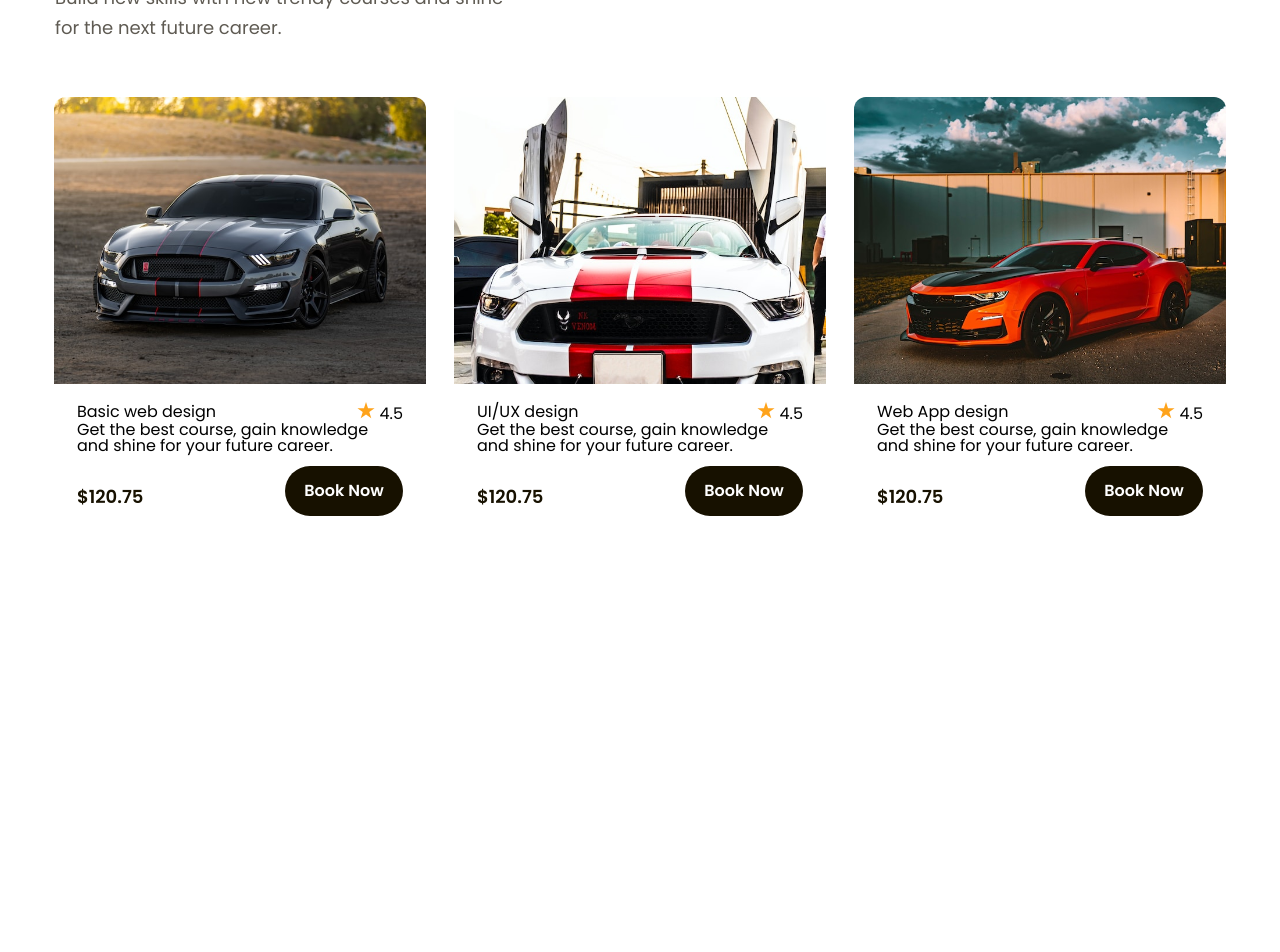
Repository: dongnguyen2112/htmlcss-project-02
Page: index.html
The author's editor kept a copy of each file at every save. The page is drawn from the files as they stood at one save, then again after the next save.
The browser window is 1280 px wide. The pictures show the part of the page from y = 1181 to 2133 px (the page is 5000 px tall).
A picture or video elsewhere on the page could not be fetched, so the positions and the page height are approximate.

Above is the page before, as saved 2023-07-06 13:30:55.

### index.html
<!DOCTYPE html>
<html lang="en">
    <head>
        <meta charset="UTF-8" />
        <meta name="viewport" content="width=device-width, initial-scale=1.0" />
        <title>F8 project 01</title>
        <!-- Reset CSS -->
        <link rel="stylesheet" href="./assets/css/reset.css" />
        <!-- Font -->
        <link rel="preconnect" href="https://fonts.googleapis.com" />
        <link rel="preconnect" href="https://fonts.gstatic.com" crossorigin />
        <link
            href="https://fonts.googleapis.com/css2?family=Poppins:ital,wght@0,400;0,500;0,600;0,700;1,400&family=Sen:wght@700&display=swap"
            rel="stylesheet"
        />
        <!-- Style CSS -->
        <link rel="stylesheet" href="./assets/css/styles.css" />
    </head>
    <body>
        <main style="height: 5000px">
            <!-- Header -->
            <header class="header fixed">
                <div class="main-content">
                    <div class="body">
                        <!-- Logo -->
                        <img src="./assets/img/Logo..png" alt="" class="logo">
                        <!-- Nav -->
                        <nav class="nav">
                            <ul>
                                <li class="active">
                                    <a href="#!">Home</a>
                                </li>
                                <li>
                                    <a href="#!">Courses</a>
                                </li>
                                <li>
                                    <a href="#!">Pricing</a>
                                </li>
                                <li>
                                    <a href="#!">Reviews</a>
                                </li>
                            </ul>
                        </nav>
                        <!-- Action -->
                        <div class="action">
                            <a href="#!" class="btn sign-up-btn">Sign Up </a>
                        </div>
                    </div>
            </header>
            <!-- Hero -->
            <div class="hero">
                <div class="main-content">
                    <div class="body">
                        <!-- Hero-left -->
                        <div class="media-block">
                            <img src="./assets/img/hero-img.jpg" alt="Learn without limits and spread knowledge." class="img">
                            <div class="hero-summary">
                                <div class="item">
                                    <div class="icon">
                                        <img src="./assets/icon/list.svg" alt="">
                                    </div>
                                    <div class="info">
                                        <div class="lable">20 Courses</div>
                                        <div class="title">UI/UX Design</div>
                                    </div>
                                </div>
                                <div class="item">
                                    <div class="icon">
                                        <img src="./assets/icon/code.svg" alt="">
                                    </div>
                                    <div class="info">
                                        <div class="lable">20 Courses</div>
                                        <div class="title">Development</div>
                                    </div>
                                </div>
                                <div class="item">
                                    <div class="icon">
                                        <img src="./assets/icon/speaker.svg" alt="">
                                    </div>
                                    <div class="info">
                                        <div class="lable">30 Courses</div>
                                        <div class="title">Marketing</div>
                                    </div>
                                </div>
                            </div>
                        </div>
                        <!-- Hero-right -->
                        <div class="content-block">
                            <h1 class="heading lv1">Learn without limits and spread knowledge.</h1>
                            <p class="desc">Build new skills for that “this is my year” feeling with courses, certificates, and degrees from world-class universities and companies.</p>
                            <div class="cta-group">
                                <a href="#!" class="btn hero-cta">See Courses</a>
                                <button class="watch-video">
                                    <div class="icon">
                                        <img src="./assets/icon/play.svg" alt="">
                                    </div>
                                    <span>Watch Video</span>
                                </button>
                            </div>
                            <p class="desc">Recent engagement</p>
                            <p class="desc stats">
                               <strong>50K</strong> Students
                                <strong>70+</strong> Courses
                            </p>
                        </div>
                    </div>
                </div>
            </div>
            <!-- Popular -->
            <div class="popular">
                <div class="main-content">
                    <div class="popular-top">
                        <div class="info">
                            <h2 class="heading lv2">Our popular courses</h2>
                            <p class="desc">Build new skills with new trendy courses and shine for the next future career.</p>
                        </div>
                        <div class="control">
                            <button class="control-btn">
                                <img src="./assets/icon/control.svg" alt="">
                            </button>
                        </div>
                    </div>
                    <!-- Course-item 1 -->
                    <div class="course-list">
                        <div class="course-item">
                            <img src="./assets/img/course-1.jpg" alt="Basic web design" class="thumb">
                            <div class="info">
                                <div class="head">
                                    <h3 class="title">Basic web design</h3>
                                    <div class="rating">
                                        <img src="./assets/icon/Star.svg" alt="" class="star">
                                        <span class="value">4.5</span>
                                    </div>
                                </div>
                                <p class="desc">Get the best course, gain knowledge and shine for your future career.</p>
                                <div class="foot">
                                    <span class="price">$120.75</span>
                                    <div class="btn">Book Now</div>
                                </div>
                            </div>
                        </div>

                    <!-- Course-item 2 -->
                        <div class="course-item">
                            <img src="./assets/img/course-2.jpg" alt="Basic web design" class="thumb">
                            <div class="info">
                                <div class="head">
                                    <h3 class="title">UI/UX design</h3>
                                    <div class="rating">
                                        <img src="./assets/icon/Star.svg" alt="" class="star">
                                        <span class="value">4.5</span>
                                    </div>
                                </div>
                                <p class="desc">Get the best course, gain knowledge and shine for your future career.</p>
                                <div class="foot">
                                    <span class="price">$120.75</span>
                                    <div class="btn">Book Now</div>
                                </div>
                            </div>
                        </div>
                    <!-- Course-item 3 -->
                        <div class="course-item">
                            <img src="./assets/img/course-3.jpg" alt="Basic web design" class="thumb">
                            <div class="info">
                                <div class="head">
                                    <h3 class="title">Web App design</h3>
                                    <div class="rating">
                                        <img src="./assets/icon/Star.svg" alt="" class="star">
                                        <span class="value">4.5</span>
                                    </div>
                                </div>
                                <p class="desc">Get the best course, gain knowledge and shine for your future career.</p>
                                <div class="foot">
                                    <span class="price">$120.75</span>
                                    <div class="btn">Book Now</div>
                                </div>
                            </div>
                        </div>
                    </div>
                </div>
            </div>
        </main>
    </body>
</html>

### assets/css/styles.css
* {
    box-sizing: border-box;
}
html {
    font-size: 62.5%;
}
body {
    font-size: 1.6rem;
    font-family: "Poppins", sans-serif;
}
:root {
    --primary-color: #ffb900;
    --font-heading: Sen, sans-serif;
}
/* Common */
a {
    text-decoration: none;
}
.main-content {
    width: 1170px;
    max-width: calc(100% - 48px);
    margin-left: auto;
    margin-right: auto;
}
.btn {
    display: inline-block;
    min-width: 118px;
    padding: 0 16px;
    line-height: 50px;
    color: #fff;
    text-align: center;
    font-size: 1.6rem;
    font-weight: 600;
    border-radius: 999px;
    background: #171100;
}
.btn:hover {
    opacity: 0.9;
}
.heading {
    color: #171100;
    font-family: var(--font-heading);
    font-weight: 700;
    letter-spacing: -0.02em;
}
.heading.lv1 {
    font-size: 5.8rem;
    line-height: 1.17;
}
.heading.lv2 {
    font-size: 3.8rem;
    line-height: 1.26;
}
/* Header */
.header {
    background: #fffcf4;
}
.header.fixed {
    position: sticky;
    top: -28px;
    z-index: 1;
}
.header .body {
    display: flex;
    align-items: center;
    padding: 36px 0 8px;
}
.header .sign-up-btn {
    min-width: 114px;
}
.header .action {
    margin-left: 49px;
}
.nav {
    margin-left: auto;
}
.nav ul {
    display: flex;
}
.nav a {
    color: #5f5b53;
    font-size: 1.6rem;
    padding: 8px 21px;
    position: relative;
}
.nav a:hover,
.nav .active a {
    color: #171100;
    font-size: 1.6rem;
    /* font-weight: 600; */
    text-shadow: 1px 0 0 currentColor;
}
.nav .active a::after {
    content: "";
    left: 21px;
    display: block;
    width: 12px;
    height: 2px;
    border-radius: 1px;
    background: #171100;
    position: absolute;
    bottom: 6px;
}
/* hero */
.hero {
    padding: 56px 0 65px;
    background: #fffcf4;
}
.hero .body {
    display: flex;
}
/* hero-left */
.hero .media-block {
    width: 48%;
    position: relative;
}
.hero .media-block .img {
    width: 470px;
    height: 685px;
    object-fit: cover;
    border-radius: 20px;
    display: block;
}
.hero-summary {
    position: absolute;
    right: 0;
    bottom: 48px;
    border-radius: 12px;
    background: #fff;
    box-shadow: 0px 16px 32px 0px rgba(0, 0, 0, 0.05);
    width: 270px;
    padding: 24px;
}
.hero-summary .item {
    display: flex;
    align-items: center;
}
.hero-summary .item + .item {
    margin-top: 22px;
}
.hero-summary .icon {
    width: 48px;
    height: 48px;
    border-radius: 50%;
    display: flex;
    align-items: center;
    justify-content: center;
    background: #fff9e8;
}
.hero-summary .item:nth-last-of-type(2) .icon {
    background: #fcefff;
}
.hero-summary .item:nth-child(3) .icon {
    background: #ebeaff;
}
.hero-summary .info {
    margin-left: 16px;
}
.hero-summary .label {
    font-size: 1.4rem;
    line-height: 1.86;
    color: #5f5b53;
}
.hero-summary .title {
    color: #171100;
    font-size: 1.4rem;
    font-weight: 600;
    line-height: 1.67;
}
/* hero-right */
.hero .content-block {
    width: 52%;
    padding: 64px 0 0 130px;
}

.hero .desc {
    margin-top: 22px;
    color: #5f5b53;
    font-size: 1.8rem;
    font-weight: 400;
    line-height: 1.67;
}
.hero .cta-group {
    margin: 38px 0 48px;
    display: flex;
    align-items: center;
}
.hero .hero-cta {
    background: var(--primary-color);
    line-height: 64px;
    min-width: 180px;
}
.hero .watch-video {
    display: flex;
    margin-left: 28px;
    border: none;
    background: transparent;
    align-items: center;
    cursor: pointer;
}
.hero .watch-video span {
    margin-left: 14px;
    color: #171100;
    font-size: 1.8rem;
    font-weight: 600;
    line-height: 1.67;
}
.hero .stats {
    margin: 8px 0 0 -28px;
}
.hero .stats strong {
    color: #171100;
    font-size: 4.4rem;
    font-weight: 700;
    line-height: 54px;
    font-family: var(--font-heading);
    padding: 0 8px 0 28px;
}
/* popular */
.popular {
    padding: 65px 0;
    margin-top: 135px;
}
.popular-top {
    display: flex;
    justify-content: space-between;
}
.popular-top .desc {
    margin-top: 16px;
    width: 458px;
    color: #5f5b53;
    font-size: 1.8rem;
    line-height: 1.67;
}
.popular .course-list {
    display: flex;
    margin-top: 55px;
    gap: 30px;
}
.popular .course-item {
    flex: 1;
    border-radius: 12px;
    background: #fff;
}
.popular .course-item .thumb {
    width: calc(100% + 2px);
    border-radius: 12px 12px 0px 0px;
    height: 287px;
    object-fit: cover;
    margin: -1px;
}
.popular .course-item .info {
    padding: 16px 22px 22px;
}
.popular .course-item .head {
    display: flex;
    align-items: center;
    justify-content: space-between;
}
.popular .course-item .
.popular .course-item .desc {
    color: #5f5b53;
    font-size: 1.4rem;
    font-weight: 400;
    line-height: 26px;
    margin-top: 6px;
}
.popular .course-item .foot .price {
    color: #171100;
    font-size: 1.8rem;
    font-weight: 600;
    margin-top: 22px;
}
.popular .course-item .foot{
    display: flex;
    /* align-items: center; */
    justify-content: space-between;
    margin-top: 12px;
}

Loaded but not shown: assets/css/reset.css (common file)

After the next save:
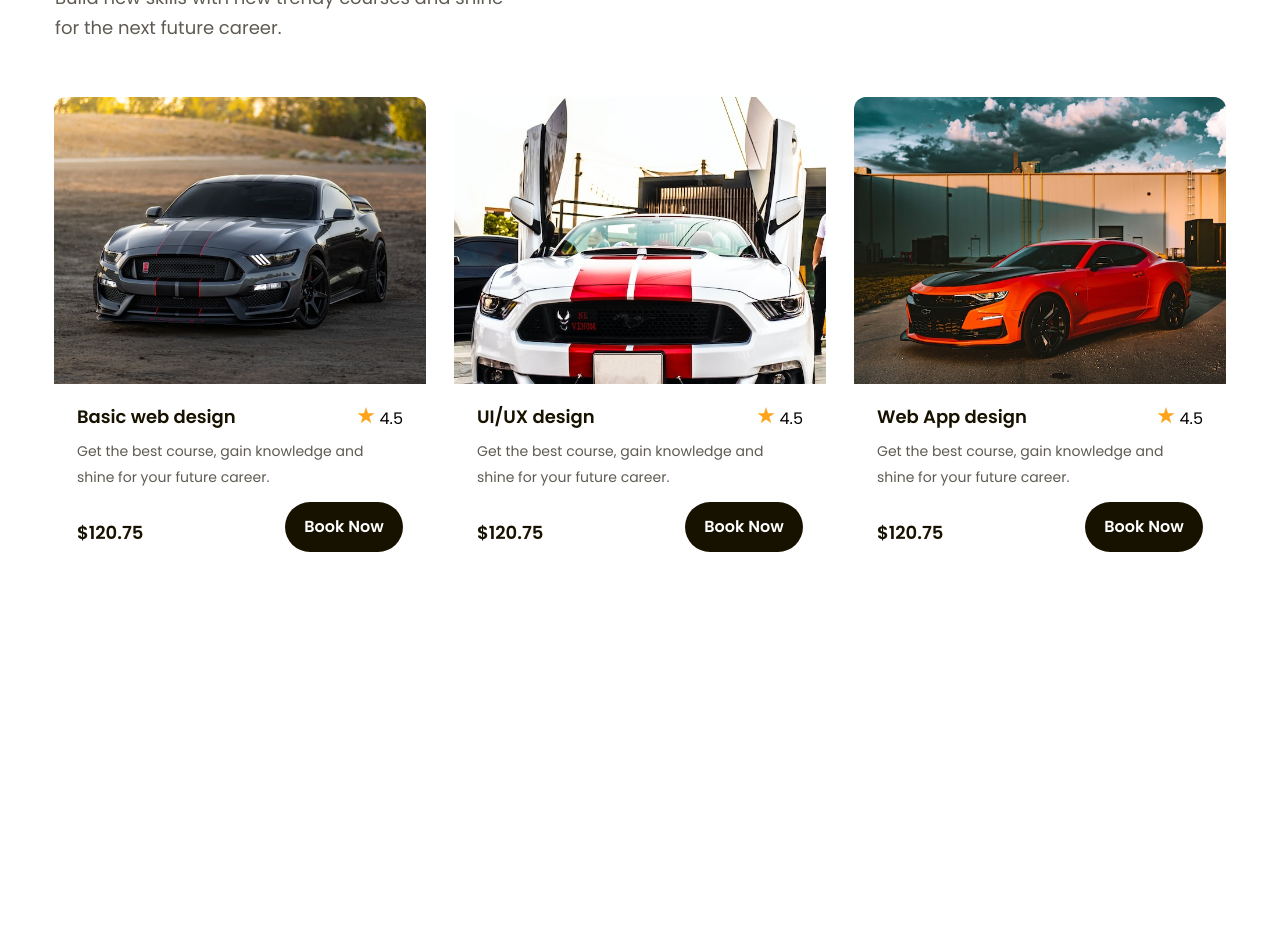
Saved 11 s later.
--- a/assets/css/styles.css
+++ b/assets/css/styles.css
@@ -257,7 +257,14 @@ a {
     align-items: center;
     justify-content: space-between;
 }
-.popular .course-item .
+.popular .course-item .title{
+    color: #171100;
+font-family: Poppins;
+font-size: 18px;
+font-style: normal;
+font-weight: 600;
+line-height: 30px;
+}
 .popular .course-item .desc {
     color: #5f5b53;
     font-size: 1.4rem;
